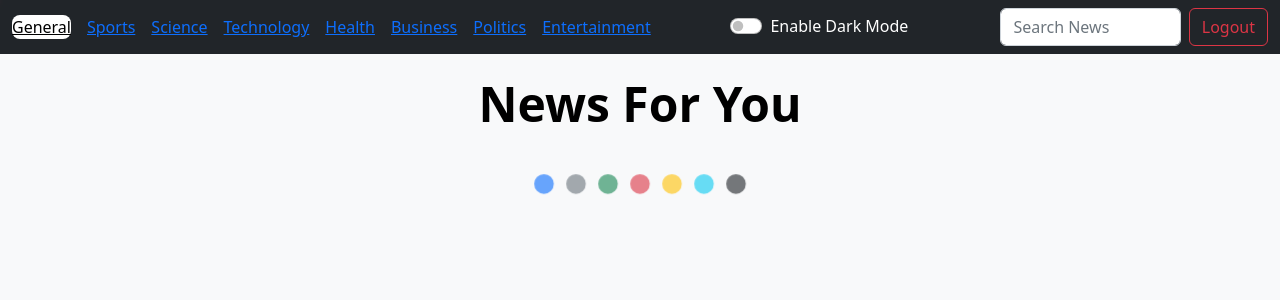
Repository: bhaveshdaipuria/newsapp
Page: /news/general
These files come from the project's save history. The page is drawn as it stood at one moment and after the next save; the edit follows.
The browser window is 1280 px wide. The pictures show the whole page.
The page's requests for data from a server got no answer. The project was rebuilt for these pictures with package versions that can differ from the ones it lists, and the page was loaded fresh each time. No one was signed in, and anything a server would have sent is missing. Also part of the build but not shown: src/components/NewsItem.jsx, src/components/Alert.jsx, src/components/Login.jsx, src/components/Register.jsx, src/Router/AuthRoute.jsx.

Above is the page before, as saved 2023-01-26 16:41:06.

After the next save:
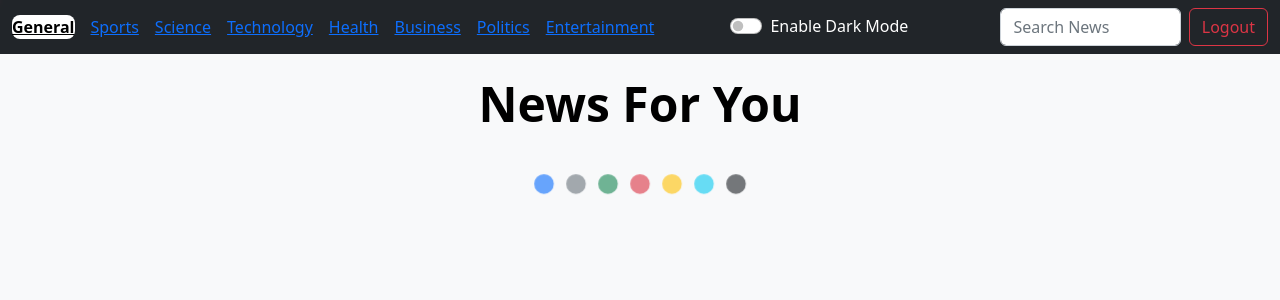
Saved 40 s later.
--- a/src/App.css
+++ b/src/App.css
@@ -4,6 +4,7 @@
     background-color: #ffffff;
     color: black;
     border-radius: 8px;
+    font-weight: bolder;
 }
 
 .loginForm, .registerForm{
